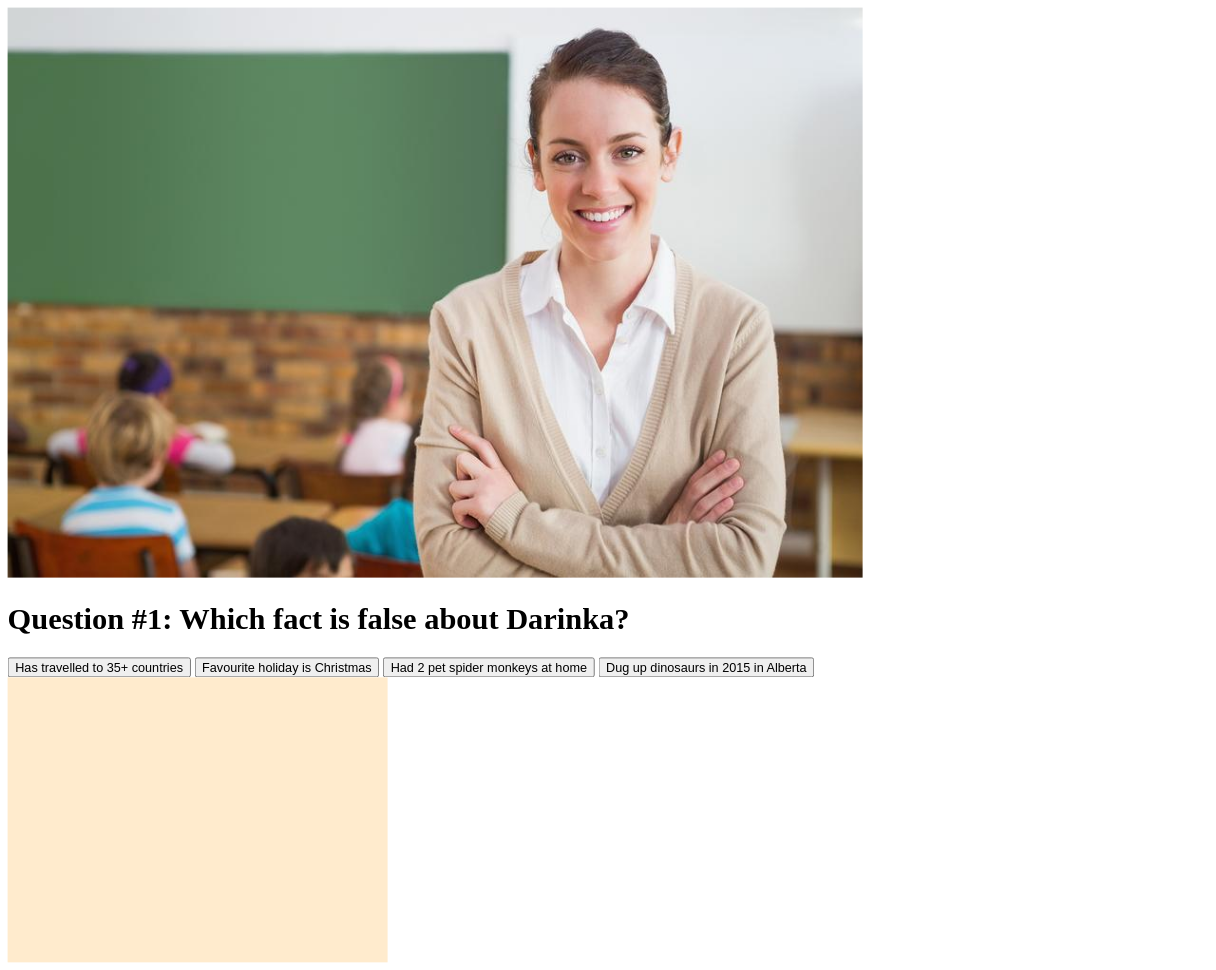
Repository: RenataDzotova/Trivia-BCIT
Page: http://localhost/q1
These files come from the project's save history. The page is drawn as it stood at one moment and after the next save; the edit follows.
The browser window is 1280 px wide. The pictures show the whole page, at 95% of full size.
The page is served by the project's Node server (index.js).

Above is the page before, as saved 2022-11-02 17:57:55.

### views/questionOne.html
<!DOCTYPE html>
<html lang="en">

<head>
    <meta charset="UTF-8">
    <meta http-equiv="X-UA-Compatible" content="IE=edge">
    <meta name="viewport" content="width=device-width, initial-scale=1.0">
    <title>Document</title>
    <style>
        div{
            width: 400px;
            height: 300px;
            background-color: blanchedalmond;
        }
    </style>
</head>

<body>
    <img src="../public/1.jpeg"/>
    <h1>Question #1: Which fact is false about Darinka?</h1>
    <button onclick="SendAnswer(1,1)">Has travelled to 35+ countries</button>
    <button onclick="SendAnswer(2,1)">Favourite holiday is Christmas</button>
    <button onclick="SendAnswer(3,1)">Had 2 pet spider monkeys at home</button>
    <button onclick="SendAnswer(4,1)">Dug up dinosaurs in 2015 in Alberta</button>
    <div>

    </div>
    <script>
        var buttons = document.querySelectorAll("button")


        function SendAnswer(ans, q) {
            //console.log("test");
            fetch(`http://localhost:3000/checkAnswer?answer=${ans}&ques=${q}`).then(async (data) => {
                //console.log(await data.json())
                const results = await data.json();
                if (results){
                    document.querySelector("div").className(".visible")
                    alert('correct');
                } else {
                    alert('no')
                }
            })
        }

        //     buttons.forEach(button => {
        //         button.addEventListener('click', () => {
        //             console.log('done')
        //             fetch(`http://localhost:3000/checkAnswer?q=1`).then(async (data)=>{
        //             console.log(await data.json())
        //         })
        //     })
        // })


        // button.addEventListener("click", (event) => {
        //     if(event.target.id == "true"){
        //         fetch(`http://localhost:3000/true`).then(async (data)=>{
        //         console.log(await data.json())
        //     })}
        //     if(event.target.id == "false"){
        //         fetch(`http://localhost:3000/false`).then(async (data)=>{
        //         console.log(await data.json())
        //     })}
        // })

    </script>
</body>

</html>

### index.js
const express = require('express')
const bodyParser = require('body-parser')
const app = express()
const path = require('path')
const quizpagePath =  path.join(__dirname,'views/quiz.html')
const q1 =  path.join(__dirname,'views/questionOne.html')

app.use(express.static('views'))
app.use(bodyParser.urlencoded({ extended: false }))
app.use(express.json())


app.get('/bow', (req, res)=>{
    // console.log(req.query) //? This will now make an object out of whatever query is inserted in the searchbar, for example, "localhost:3000/?name=cocoa" will console.log { name: 'cocoa' }
    res.sendFile(quizpagePath)
})

app.get('/true', (req, res)=>{
  // console.log(req.query) //? This will now make an object out of whatever query is inserted in the searchbar, for example, "localhost:3000/?name=cocoa" will console.log { name: 'cocoa' }
  res.json("Unfortunately that fact was true")
})

app.get('/false', (req, res)=>{
  // console.log(req.query) //? This will now make an object out of whatever query is inserted in the searchbar, for example, "localhost:3000/?name=cocoa" will console.log { name: 'cocoa' }
  res.json("Correct, that fact was false!")
})

app.get('/q1', (req, res)=>{
  // console.log(req.query)
  res.sendFile(q1)
})

const answerkey = {
  1:3,
  2:4
}

app.get('/checkAnswer', (req, res)=>{
let body = req.body //body key is for posts
//params is for gets
console.log('HERE', body, req.body, req.query)
if(Number(req.query.answer) === answerkey[req.query.quest]){
  res.json(true);
} else {
  res.json(false);
}

})

  // res.sendFile(trueFile)



// app.get('/quiz', (req, res)=>{
//   res.sendFile(quizpagePath)
// })

//Chris Wrote This ==>
app.get('/someData',(req,res)=>{
  // res.end(req.query)
  res.json({name:'chris'})
})
//<== Chris Wrote This
const PORT = 3000
app.listen(PORT, () => {
  console.log(`THe app is running on port ${PORT}`)
})



// //To display the final score.
// var result = ("YOUR FINAL SCORE IS: " + score + "/5")
// console.log(result)






// var readlineSync = require("readline-sync");

// console.log("Welcome to the BCIT Teacher Quiz");

// //this is line breaker, like it leaves a line.
// console.log("\n");


// var username = readlineSync.question("Your Name? ");

// console.log("\n");

// console.log("Welcome to THE QUIZ, " + username + "!");

// var score = 0;
// // if(document.getElementById('correct').checked){
// //     score++
// // }

// function quiz(question, answer) {
//   var userAnswer = readlineSync.question(question);
//   if (userAnswer == answer) {
//     console.log("correct! ");
//     score++;
//   }
//   else {
//     console.log("wrong! ");
//     score--;
//   }
//   console.log("your score is ", score);
//   console.log("-------------------");
// }

// //questions
// var questions = [
//   {
//     question: "Which fact is false about Darinka?",
//     q1: "a) Has travelled to 35+ countries",
//     q2: "b) Favourite holiday is Christmas",
//     q3: "c) Had 2 pet spider monkeys at home",
//     q4: "d) Dug up dinosaurs in 2015 in Alberta",
//     answer: "b"
//   },
//   {
//     question: "Which fact is false about Amalia?",
//     q1: " a) Can name all the US States in alphabetical order",
//     q2: " b) Has met Prince Harry  ",
//     q3: " c) I've seen Gilmore Girls 10 times through",
//     q4: " d) Can't go to bed without a cup of tea every night",
//     answer: "d"
//   },
//   {
//     question: "Which fact is false about Chris?",
//     q1: " a) He has watched Friends 10 times",
//     q2: " b) He can speak chinese fluently",
//     q3: " c) He can juggle with 4 balls",
//     q4: " d) He has eaten frogs before",
//     answer: "c"
//   },
//   {
//     question: "Which fact is false about Wim?",
//     q1: " a) He wears wet socks during summer",
//     q2: " b) He is related to a Dutch Prince",
//     q3: " c) He has goat milk hot chocolate with honey everyday",
//     q4: " d) He was in a hacker group in the 80's",
//     answer: "a"
//   },
//   {
//     question: "Did you like the quiz?",
//     q1: "yes or",
//     q2: "no",
//     q3: "",
//     q4: "",
//     answer: "yes"
//   }
// ];

// //LOOP
// for (var i = 0; i < questions.length; i++) {
//   var currentq = questions[i];
//   quiz(currentq.question + "\n" + currentq.q1 + "\n" + currentq.q2 + "\n" + currentq.q3 + "\n" + currentq.q4 + "\n" , currentq.answer);
// }

// //To display the final score.
// var result = ("YOUR FINAL SCORE IS: " + score + "/5")
// console.log(result)




// var readlineSync = require("readline-sync");

// console.log("welcome to F.R.I.E.N.D.S. quiz");

// //this is line breaker, like it leaves a line.
// console.log("\n");









// var username = readlineSync.question("Your Name? ");

// console.log("\n");

// console.log("Welcome to THE QUIZ, " + username + "!");

// var score = 0;
// function quiz(question, answer) {
//   var userAnswer = readlineSync.question(question);
//   if (userAnswer == answer) {
//     console.log("correct! ");
//     score++;
//   }
//   else {
//     console.log("wrong! ");
//     score--;
//   }
//   console.log("your score is ", score);
//   console.log("-------------------");
// }

// //questions
// var questions = [
//   {
//     question: "how many iron man suits did tony stark create in the cinematic universe? ",
//     answer: "85"
//   },
//   {
//     question: "Name of Thor's original hammer",
//     answer: "mjolnir"
//   },
//   {
//     question: "Where was Mjolnir forged?",
//     answer: "Nidavellir"
//   },
//   {
//     question: "Father of the God of Thunder",
//     answer: "Odin"
//   },
//   {
//     question: "Who is the god of mischief?",
//     answer: "Loki"
//   },
//   {
//     question: "Did you like the quiz?",
//     answer: "yes"
//   }
// ];

// //LOOP
// for (var i = 0; i < questions.length; i++) {
//   var currentq = questions[i];
//   quiz(currentq.question, currentq.answer);
// }

// //To display the final score.

// console.log("YOUR FINAL SCORE IS: " + score + "/10")

After the next save:
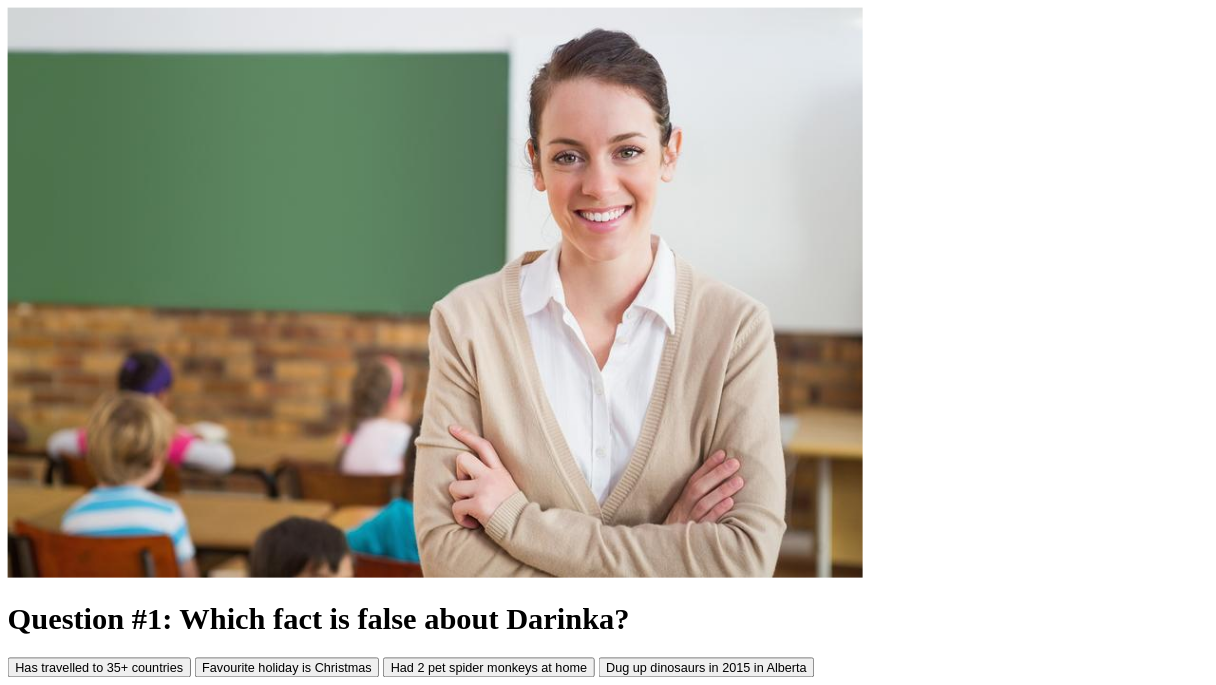
Saved 70 s later.
--- a/views/questionOne.html
+++ b/views/questionOne.html
@@ -7,7 +7,7 @@
     <meta name="viewport" content="width=device-width, initial-scale=1.0">
     <title>Document</title>
     <style>
-        div{
+        .{
             width: 400px;
             height: 300px;
             background-color: blanchedalmond;
